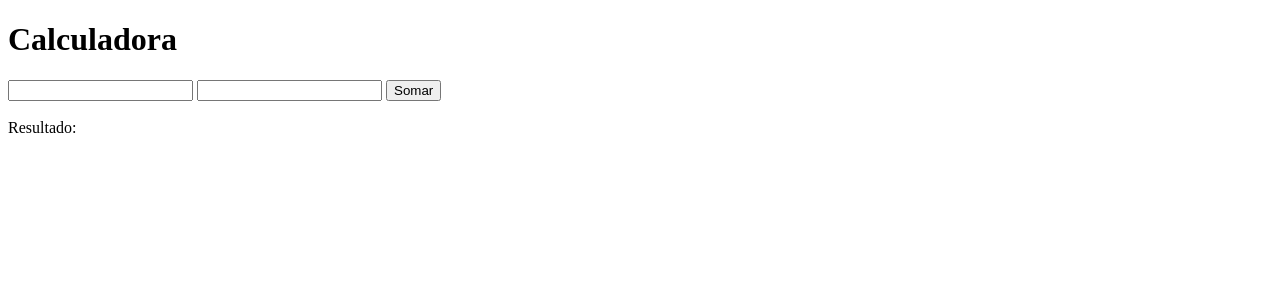
Repository: MilenaMelo/test-calculator-selenium
Page: calculadora.html
An editor plug-in stored every save of this project. The page is shown before and after the next save, followed by the edit.
The browser window is 1280 px wide. The pictures show the whole page.

Above is the page before, as saved 2021-04-30 14:43:54.

After the next save:
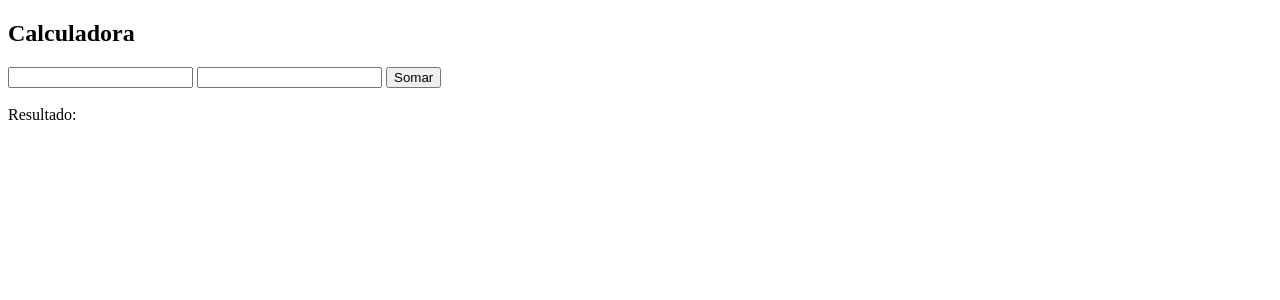
Saved 3 min 0 s later.
--- a/calculadora.html
+++ b/calculadora.html
@@ -6,7 +6,7 @@
         <title>Calculator</title>
     </head>
     <body>
-        <h1>Calculadora</h1>
+        <h2>Calculadora</h2>
         <input type='number' id="one" name="one" value=''>
         <input type='number' id="two" name="two" value=''>
         <button id="soma" onclick="soma()"> Somar </button>

After the save that followed:
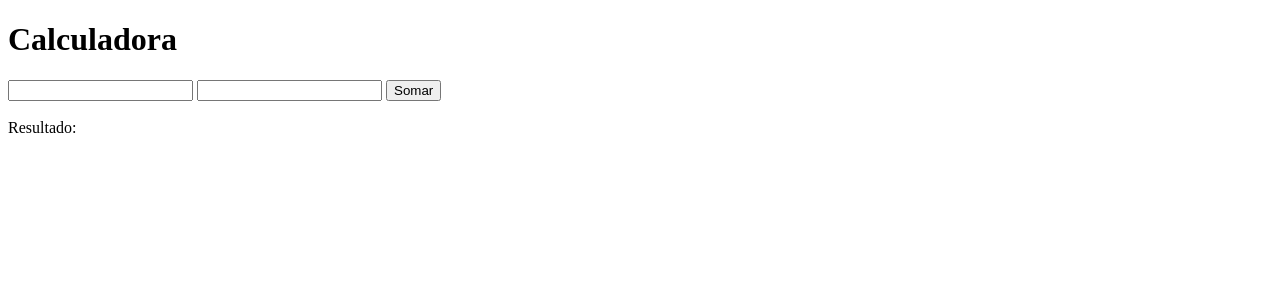
Saved 7 s later.
--- a/calculadora.html
+++ b/calculadora.html
@@ -6,7 +6,7 @@
         <title>Calculator</title>
     </head>
     <body>
-        <h2>Calculadora</h2>
+        <h1>Calculadora</h1>
         <input type='number' id="one" name="one" value=''>
         <input type='number' id="two" name="two" value=''>
         <button id="soma" onclick="soma()"> Somar </button>
